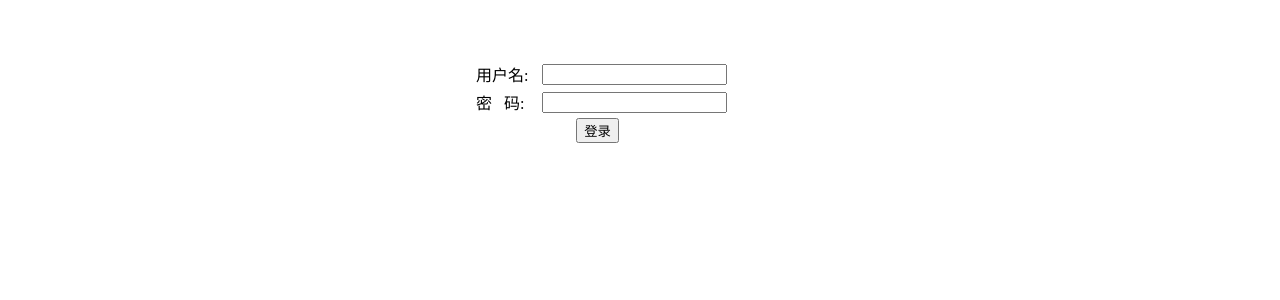
Repository: frankstar007/java
Page: http://localhost/CommentBoard/
The author's editor kept a copy of each file at every save. The page is drawn from the files as they stood at one save, then again after a run of saves.
The browser window is 1280 px wide. The pictures show the whole page.
The page is served by Tomcat 9.

Above is the page before, as saved 2016-05-16 02:41:47.

After the next 2 saves:
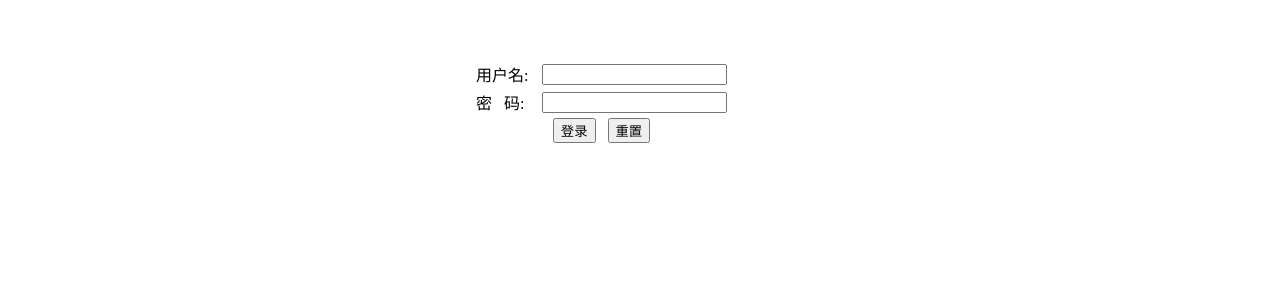
The 2 saves are shown as one change because they came seconds apart.
The last was saved 38 s later.
--- a/CommentBoard/WebContent/index.jsp
+++ b/CommentBoard/WebContent/index.jsp
@@ -41,6 +41,7 @@
 					<td height="20" colspan="2">
 						<div align="center">
 							<input type="submit" name="Submit" value="登录">&nbsp;&nbsp;
+							<input type="reset" name="Submit2" value="重置">
 						</div>
 				</table>
 			</form>
